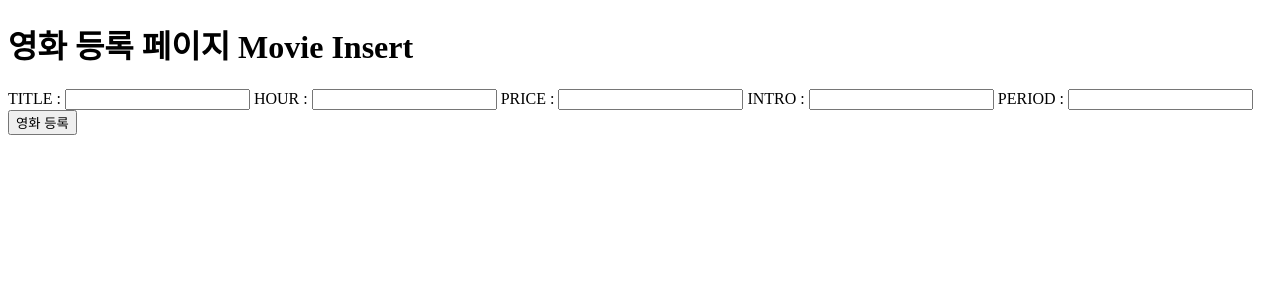
Repository: smallomg/bg-spring
Page: http://localhost/test3/WEB-INF/views/movieinsertForm.jsp
These files come from the project's save history. The page is drawn as it stood at one moment and after the next save; the edit follows.
The browser window is 1280 px wide. The pictures show the whole page.
The page is served by Tomcat 10. Nobody is signed in. The template is opened directly, without the code that normally fills it, so the values that code supplies are empty.

Above is the page before, as saved 2025-05-13 05:57:15.

After the next save:
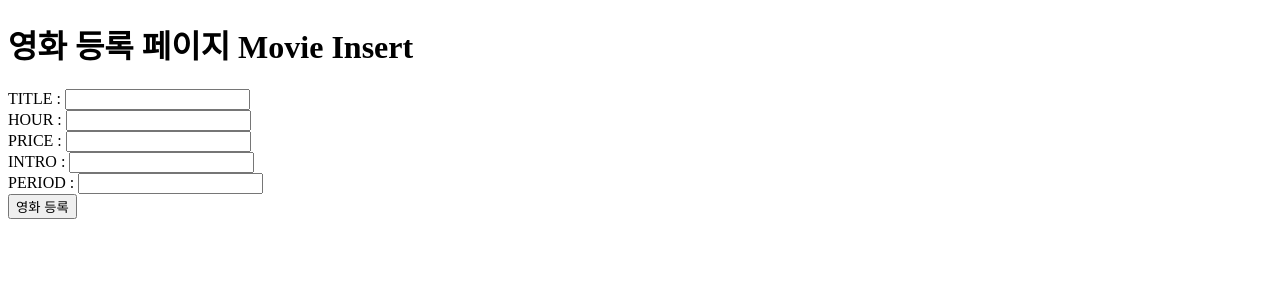
Saved 62 s later.
--- a/ldy_spring/test3/src/main/webapp/WEB-INF/views/movieinsertForm.jsp
+++ b/ldy_spring/test3/src/main/webapp/WEB-INF/views/movieinsertForm.jsp
@@ -10,12 +10,12 @@
 	<h1>영화 등록 페이지 Movie Insert</h1>
 
 	<form action="/movieInsert" method="POST">
-		TITLE : <input type="text" name= "title">
-		HOUR : <input type="text" name= "hour">
-		PRICE : <input type="text" name= "price">
-		INTRO : <input type="text" name= "intro">
-		PERIOD : <input type="text" name= "period">
-		<input type="submit" value="영화 등록">
+		TITLE : <input type="text" name= "title"><br>
+		HOUR : <input type="text" name= "hour"><br>
+		PRICE : <input type="text" name= "price"><br>
+		INTRO : <input type="text" name= "intro"><br>
+		PERIOD : <input type="text" name= "period"><br>
+		<input type="submit" value="영화 등록"><br>
 	</form>
 </body>
 </html>
